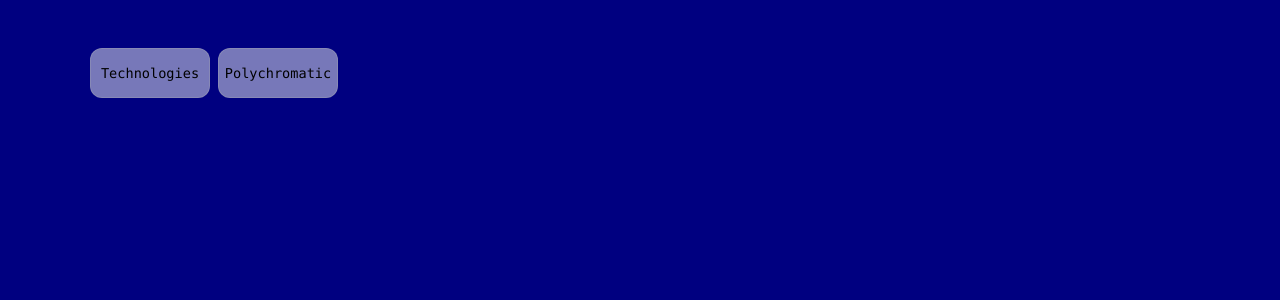
Repository: Baaam0/DCD_week7
Page: /
The author's editor kept a copy of each file at every save. The page is drawn from the files as they stood at one save, then again after the next save.
The browser window is 1280 px wide. The pictures show the whole page.
The page's requests for data from a server got no answer. Some web fonts or font styles are not loaded; a fallback is used. The project was rebuilt for these pictures with package versions that can differ from the ones it lists, and the page was loaded fresh each time. The framework's server and built-in components were replaced by stand-ins that run in the browser. No one was signed in, and anything a server would have sent is missing. Also part of the build but not shown: next.config.js.

Above is the page before, as saved 2023-02-18 02:02:19.

### pages/index.js
import Head from 'next/head'
import Image from 'next/image'
import styles from '@/styles/Home.module.css'
import { useEffect, useState } from 'react'
import axios from 'axios'
import Link from 'next/link'


export default function Home() {
  const [data, setData] = useState();

  const apiKey = "BKu0nr7SnBGOqKTSgWfcyr59UwXtwa7g3dY4YQrC";
  const url = `https://api.nasa.gov/techtransfer/patent/?q=10&engine&api_key=${apiKey}`

  const getTechTransferData = async () => {
    const res = await axios.get(url);
    const info = await res.data;
    console.log(info);
    setData(info)
  }

  useEffect(()=> {
    getTechTransferData();
  }, [])

  return (
    <>
      <Head>
        <title>Create Next App</title>
        <meta name="description" content="Generated by create next app" />
        <meta name="viewport" content="width=device-width, initial-scale=1" />
        <link rel="icon" href="/favicon.ico" />
      </Head>
      <main className={styles.main}>
        <div className={styles.description}>
          <p>
          <Link href="/">Technologies</Link>
          </p>
          <p>
          <Link href="/polychromatic">Polychromatic</Link>
          </p>
        </div>
        {
          data && data.results.map((tech, index) => {
            return (
              <div key={index}>
                {
                  tech && tech.map((t,ind) => {
                    if(ind === 10) {
                      return (
                        <div className={styles.box1}>
                          <Image src={t} alt={t} key={ind} width={120} height={120} className={styles.img}/>
                          <div className={styles.box}>
                            <div className={styles.txt}>
                              <h3>{tech[2]}</h3>
                              <p>{tech[3]}</p>
                            </div>
                          </div>
                        </div>
                      )
                    }
                  })
                }
              </div>
            )
          })
        }
      </main>
    </>
  )
}

### styles/Home.module.css
@import url('https://fonts.googleapis.com/css2?family=DotGothic16&display=swap');
@import url('https://fonts.googleapis.com/css2?family=Barlow:wght@300&display=swap');

.main {
  display: flex;
  flex-direction: column;
  justify-content: space-between;
  align-items: center;
  padding: 3rem;
  min-height: 100vh;
  background-color: navy
}

.description {
  display: flex;
  align-items: flex-start;
  font-size: 0.85rem;
  max-width: var(--max-width);
  width: 100%;
  z-index: 2;
  font-family: var(--font-mono);
}

.description a {
  display: flex;
  justify-content: center;
  align-items: center;
  gap: 0.5rem;
}

.description p {
  position: relative;
  margin-right: .5rem;
  padding: 1rem;
  background-color: rgba(var(--callout-rgb), 0.5);
  border: 1px solid rgba(var(--callout-border-rgb), 0.3);
  border-radius: var(--border-radius);
  width: 120px;
}

.code {
  font-weight: 700;
  font-family: var(--font-mono);
}

.grid {
  display: grid;
  grid-template-columns: repeat(4, minmax(25%, auto));
  width: var(--max-width);
  max-width: 100%;
}

.card {
  padding: 1rem 1.2rem;
  border-radius: var(--border-radius);
  background: rgba(var(--card-rgb), 0);
  border: 1px solid rgba(var(--card-border-rgb), 0);
  transition: background 200ms, border 200ms;
}

.card span {
  display: inline-block;
  transition: transform 200ms;
}

.card h2 {
  font-weight: 600;
  margin-bottom: 0.7rem;
}

.card p {
  margin: 0;
  opacity: 0.6;
  font-size: 0.9rem;
  line-height: 1.5;
  max-width: 30ch;
}

.center {
  display: flex;
  justify-content: center;
  align-items: center;
  position: relative;
  padding: 4rem 0;
}

.center::before {
  background: var(--secondary-glow);
  border-radius: 50%;
  width: 480px;
  height: 360px;
  margin-left: -400px;
}

.center::after {
  background: var(--primary-glow);
  width: 240px;
  height: 180px;
  z-index: -1;
}

.center::before,
.center::after {
  content: '';
  left: 50%;
  position: absolute;
  filter: blur(45px);
  transform: translateZ(0);
}

.logo,
.thirteen {
  position: relative;
}

.thirteen {
  display: flex;
  justify-content: center;
  align-items: center;
  width: 75px;
  height: 75px;
  padding: 25px 10px;
  margin-left: 16px;
  transform: translateZ(0);
  border-radius: var(--border-radius);
  overflow: hidden;
  box-shadow: 0px 2px 8px -1px #0000001a;
}

.thirteen::before,
.thirteen::after {
  content: '';
  position: absolute;
  z-index: -1;
}

/* Conic Gradient Animation */
.thirteen::before {
  animation: 6s rotate linear infinite;
  width: 200%;
  height: 200%;
  background: var(--tile-border);
}

/* Inner Square */
.thirteen::after {
  inset: 0;
  padding: 1px;
  border-radius: var(--border-radius);
  background: linear-gradient(
    to bottom right,
    rgba(var(--tile-start-rgb), 1),
    rgba(var(--tile-end-rgb), 1)
  );
  background-clip: content-box;
}

/* Enable hover only on non-touch devices */
@media (hover: hover) and (pointer: fine) {
  .card:hover {
    background: rgba(var(--card-rgb), 0.1);
    border: 1px solid rgba(var(--card-border-rgb), 0.15);
  }

  .card:hover span {
    transform: translateX(4px);
  }
}

@media (prefers-reduced-motion) {
  .thirteen::before {
    animation: none;
  }

  .card:hover span {
    transform: none;
  }
}

/* Mobile */
@media (max-width: 700px) {
  .content {
    padding: 4rem;
  }

  .grid {
    grid-template-columns: 1fr;
    margin-bottom: 120px;
    max-width: 320px;
    text-align: center;
  }

  .card {
    padding: 1rem 2.5rem;
  }

  .card h2 {
    margin-bottom: 0.5rem;
  }

  .center {
    padding: 8rem 0 6rem;
  }

  .center::before {
    transform: none;
    height: 300px;
  }

  .description {
    font-size: 0.8rem;
  }

  .description a {
    padding: 1rem;
  }

  .description p,
  .description div {
    display: flex;
    justify-content: center;
    position: fixed;
    width: 100%;
  }

  .description p {
    align-items: center;
    inset: 0 0 auto;
    padding: 2rem 1rem 1.4rem;
    border-radius: 0;
    border: none;
    border-bottom: 1px solid rgba(var(--callout-border-rgb), 0.25);
    background: linear-gradient(
      to bottom,
      rgba(var(--background-start-rgb), 1),
      rgba(var(--callout-rgb), 0.5)
    );
    background-clip: padding-box;
    backdrop-filter: blur(24px);
  }

  .description div {
    align-items: flex-end;
    pointer-events: none;
    inset: auto 0 0;
    padding: 2rem;
    height: 200px;
    background: linear-gradient(
      to bottom,
      transparent 0%,
      rgb(var(--background-end-rgb)) 40%
    );
    z-index: 1;
  }
}

/* Tablet and Smaller Desktop */
@media (min-width: 701px) and (max-width: 1120px) {
  .grid {
    grid-template-columns: repeat(2, 50%);
  }
}

@media (prefers-color-scheme: dark) {
  .vercelLogo {
    filter: invert(1);
  }

  .logo,
  .thirteen img {
    filter: invert(1) drop-shadow(0 0 0.3rem #ffffff70);
  }
}

@keyframes rotate {
  from {
    transform: rotate(360deg);
  }
  to {
    transform: rotate(0deg);
  }
}

.box1 {
  display: flex;
  flex-direction: row;
  margin: 1.5rem;
  width: 100%;
  justify-content: space-between;
}
.box {
  display: flex;
  justify-content: center;
  align-items: center;
  height: 100%;
  max-width: 700px;
  padding: 1rem;
  border-radius: var(--border-radius);
  background: rgba(var(--card-rgb), 50);
  transition: background 200ms, border 200ms;
}

.img {
  border-radius: 50%;
  background: rgba(var(--card-rgb), 50);
  margin-right: 2rem;
  margin-top: 0.2rem;
  transition: box-shadow 0.6s linear, border 200ms ease-out;
  box-shadow: 0px 0px 5px 5px #fee1a3c6;
}

.img:hover {
  box-shadow: 0px 0px 5px 7px #ffffff;
}

.txt {
  margin: 1rem;
  font-family: 'Barlow', sans-serif;

}

.txt h3 {
  font-weight: 600;
  margin-bottom: 0.5rem;
}

Loaded but not shown: pages/_app.js (common file); pages/_document.js (common file); styles/globals.css (common file)

After the next save:
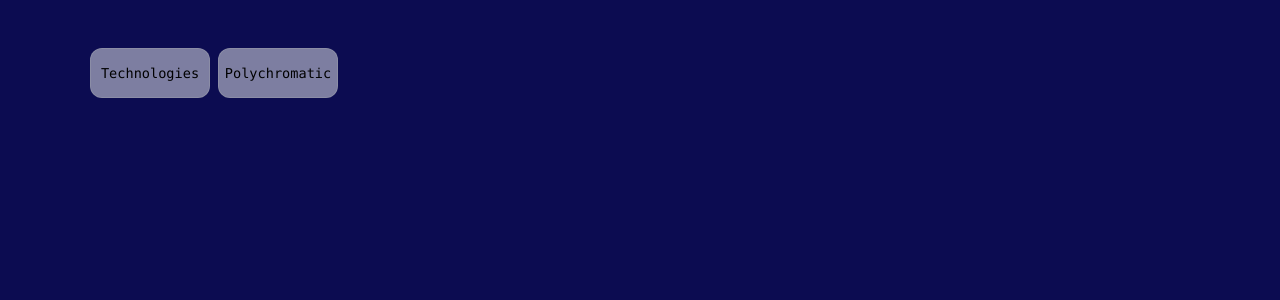
Saved 9 s later.
--- a/styles/Home.module.css
+++ b/styles/Home.module.css
@@ -8,7 +8,7 @@
   align-items: center;
   padding: 3rem;
   min-height: 100vh;
-  background-color: navy
+  background-color: rgb(12, 12, 81)
 }
 
 .description {
